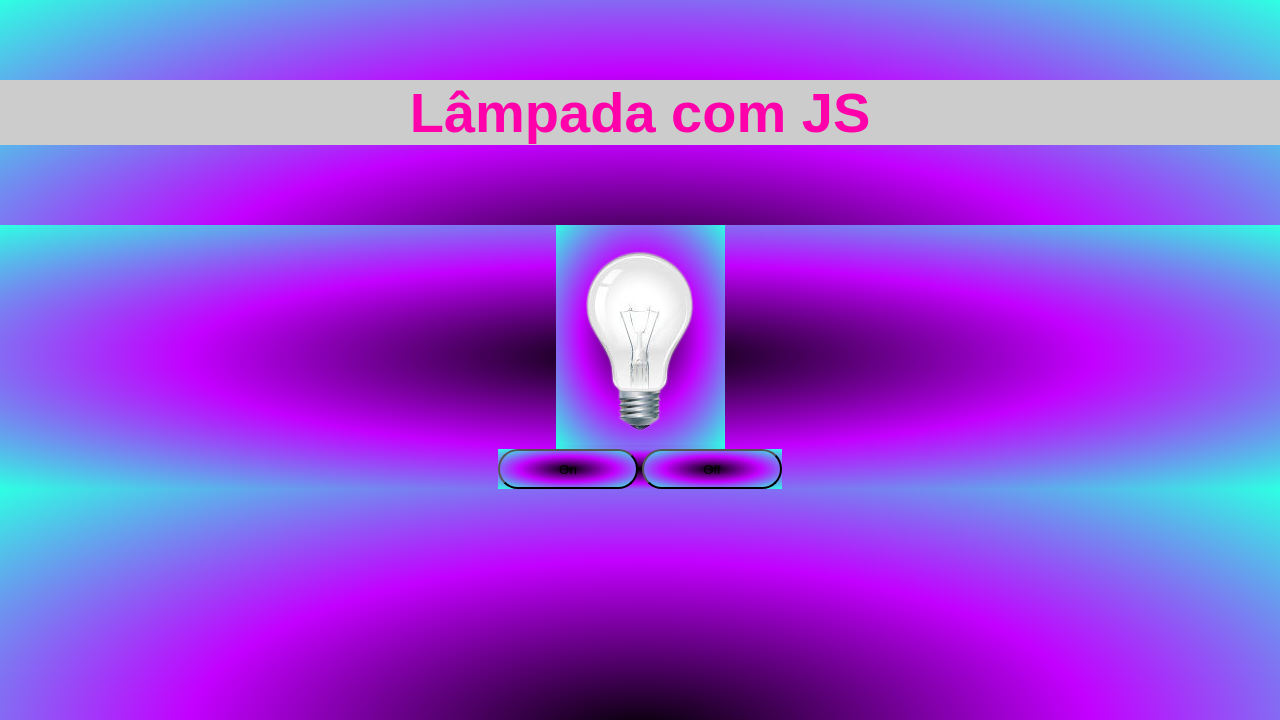
Repository: kahut-gdd/lampadaComJs
Page: index.html
These files come from the project's save history. The page is drawn as it stood at one moment and after a run of saves; the edit follows.
The browser window is 1280 px wide. The pictures show the whole page.

Above is the page before, as saved 2022-06-25 13:06:30.

### index.html
<!DOCTYPE html>
<html lang="pt-br">
<head>
    <meta charset="UTF-8">
    <meta http-equiv="X-UA-Compatible" content="IE=edge">
    <meta name="viewport" content="width=device-width, initial-scale=1.0">
    <title>LampadaComJs</title>
    <style>
        *{
            margin: 0;
            padding: 0;
            background: radial-gradient(black, rgb(195, 0, 255), rgb(46, 255, 227));
            align-items: center;
        }
        h1{
            background: #ccc;
            color: rgb(255, 0, 170);
            text-align: center;
            font-size: 3.5rem;
            font-family: sans-serif;
        }
        head, main{
            margin-top: 80px;
            display: flex;
            flex-direction: column;
            align-items: center;
            cursor: pointer;
        }
        button{
            width: 140px;
            height: 40px;
            background-color: rgb(231, 231, 231);
            color: #000;
            cursor: pointer;
            border-radius: 60px;

        }
        #turnOn:hover{
            background: rgb(84, 247, 84);
            color: aliceblue;
            font-size: 1.2rem;
        }
        #turnOff:hover{
            background: rgb(255, 0, 55);
            color: aliceblue;
            font-size: 1.2rem;
        }
    </style>
</head>
<body>
    <header>
        <h1>Lâmpada com JS</h1>
    </header>
    <main>
        <div>
            <img src="./img/desligada.png" alt="Lámpada" id="lamp">
        </div>
        <div>
            <button id="turnOn">On</button>
            <button id="turnOff">Off</button>
        </div>
    </main>


    <script>
        const turnOn = document.getElementById('turnOn');
        const turnOff = document.getElementById('turnOff');
        const lamp = document.getElementById('lamp');

        function isLampBroken(){
            return lamp.src.indexOf('quebrada') > -1;
        }

        function lampOn(){
            if(!isLampBroken()){
            lamp.src = './img/ligada.png';
            }
        }

        function lampOff(){
            if(!isLampBroken()){
            lamp.src = './img/desligada.png';
            }
        }
        function lampBroken(){
            lamp.src = './img/quebrada.png';
        }

        turnOn.addEventListener('click', lampOn);
        turnOff.addEventListener('click', lampOff);
        lamp.addEventListener('mouseover', lampOn);
        lamp.addEventListener('mouseleave', lampOff);
        lamp.addEventListener('dblclick', lampBroken);

    </script>
</body>
</html>

After the next 2 saves:
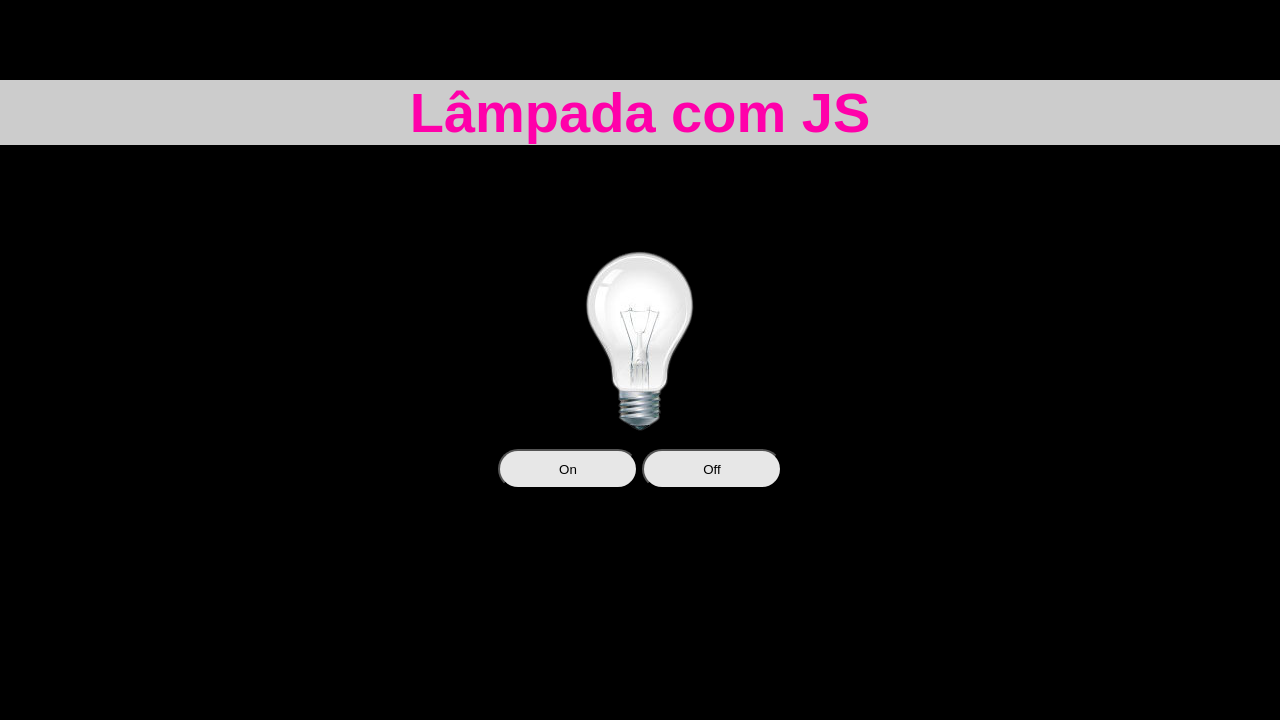
The 2 saves are shown as one change because they came seconds apart.
The last was saved 26 s later.
--- a/index.html
+++ b/index.html
@@ -9,7 +9,7 @@
         *{
             margin: 0;
             padding: 0;
-            background: radial-gradient(black, rgb(195, 0, 255), rgb(46, 255, 227));
+            background: black;
             align-items: center;
         }
         h1{
